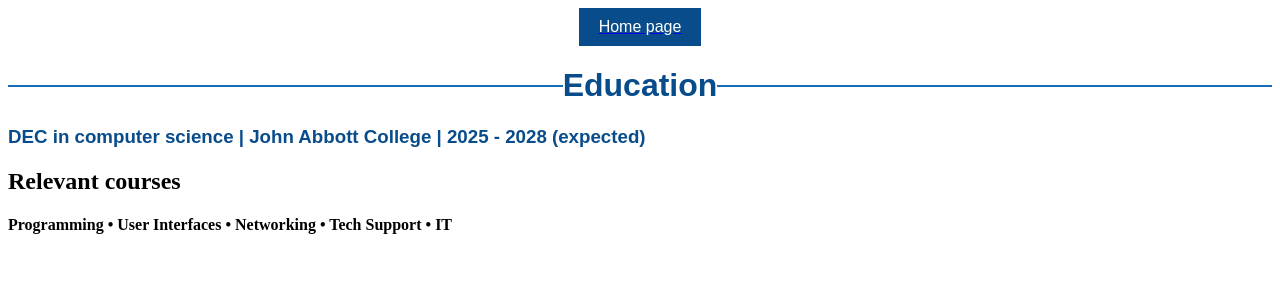
Repository: zackaroo20/zackaroo20
Page: pages/Education.html
These files come from the project's save history. The page is drawn as it stood at one moment and after the next save; the edit follows.
The browser window is 1280 px wide. The pictures show the whole page.

Above is the page before, as saved 2026-05-19 12:17:38.

After the next save:
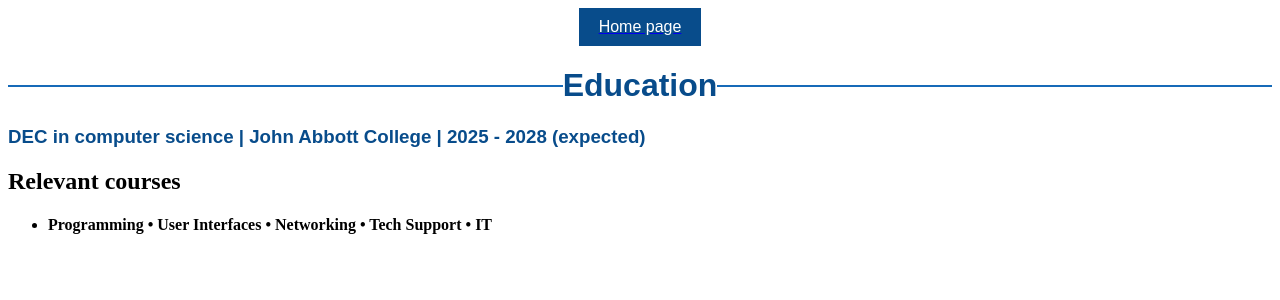
Saved 3 min 37 s later.
--- a/pages/Education.html
+++ b/pages/Education.html
@@ -28,8 +28,12 @@
 <body>
     <h1>Education</h1>
     <h3>DEC in computer science | John Abbott College | 2025 - 2028 (expected)</h3>
-    <h2>Relevant courses</h2>
-    <h4>Programming • User Interfaces • Networking • Tech Support
-• IT</h4>
+     <h2>Relevant courses</h2>
+    <ul>
+        <li><h4>Programming • User Interfaces • Networking • Tech Support
+• IT</h4></li>
+    </ul>
+
+
 </body>
 </html>
